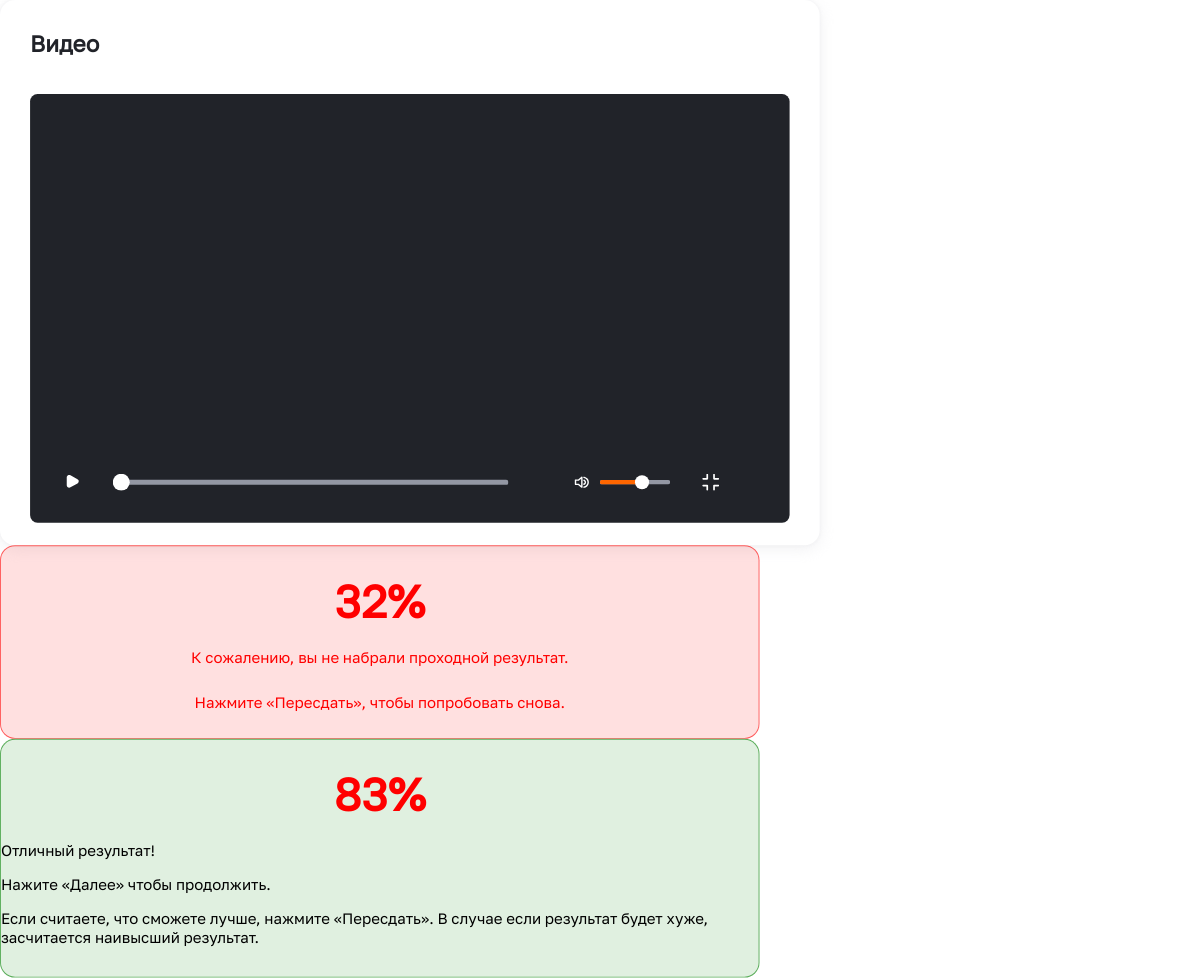
Repository: RuslanSR2424/Group5_LizaAlert
Page: index.html
The author's editor kept a copy of each file at every save. The page is drawn from the files as they stood at one save, then again after the next save.
The browser window is 1280 px wide. The pictures show the whole page, at 94% of full size.

Above is the page before, as saved 2022-03-09 17:17:21.

After the next save:
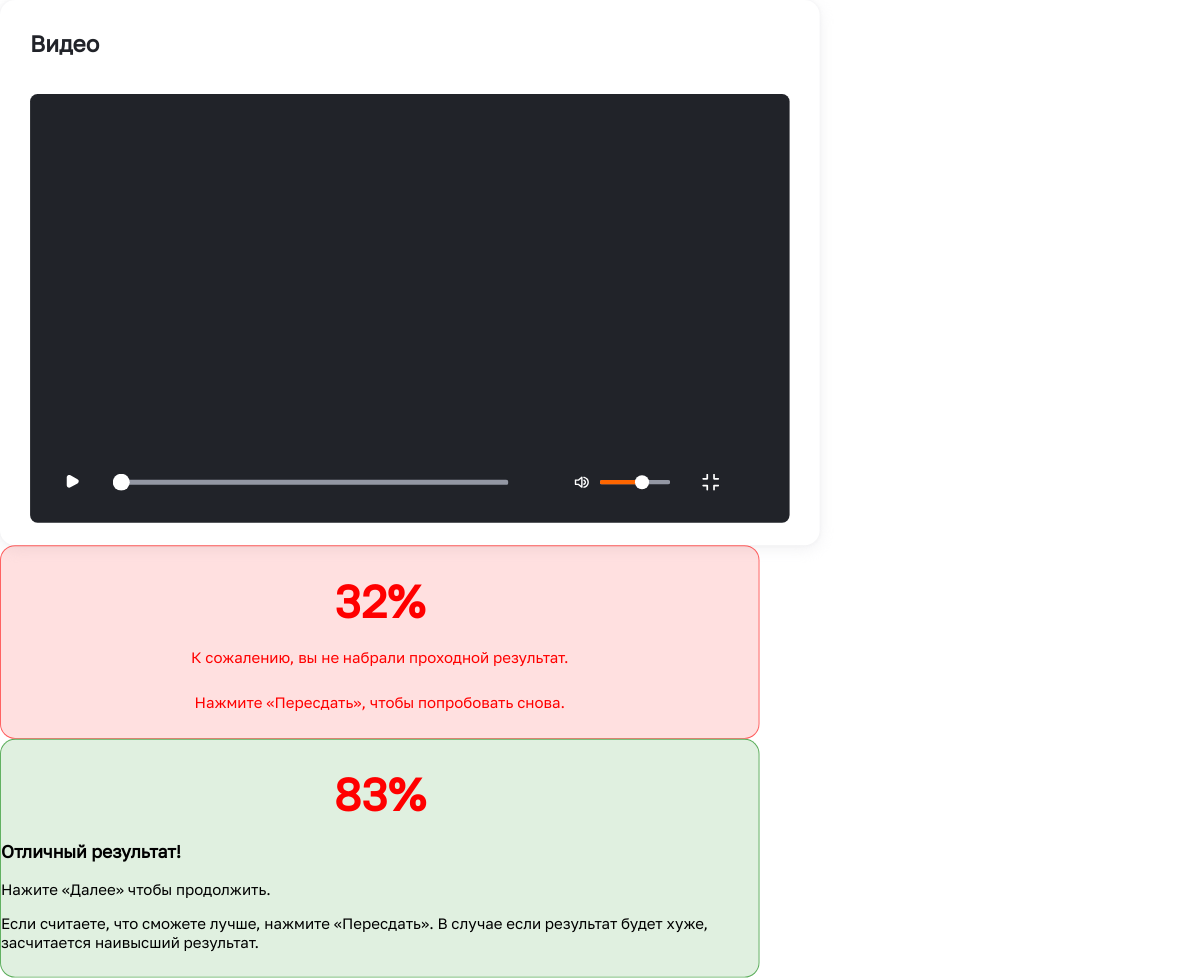
Saved 43 s later.
--- a/index.html
+++ b/index.html
@@ -31,7 +31,7 @@
         <div class="results__good">
             <h2 class="results__score">83%</h2>
             <div class="result__text">
-                <p class="result__text result__text_type_good">Отличный результат!</p>
+                <h3 class="result__text result__text_type_good">Отличный результат!</h3>
                 <p class="result__text result__text_type_good">Нажите «Далее» чтобы продолжить.</p>
                 <p class="result__text result__text_type_good">
                     Если считаете, что сможете лучше, нажмите «Пересдать». В случае

After the save that followed:
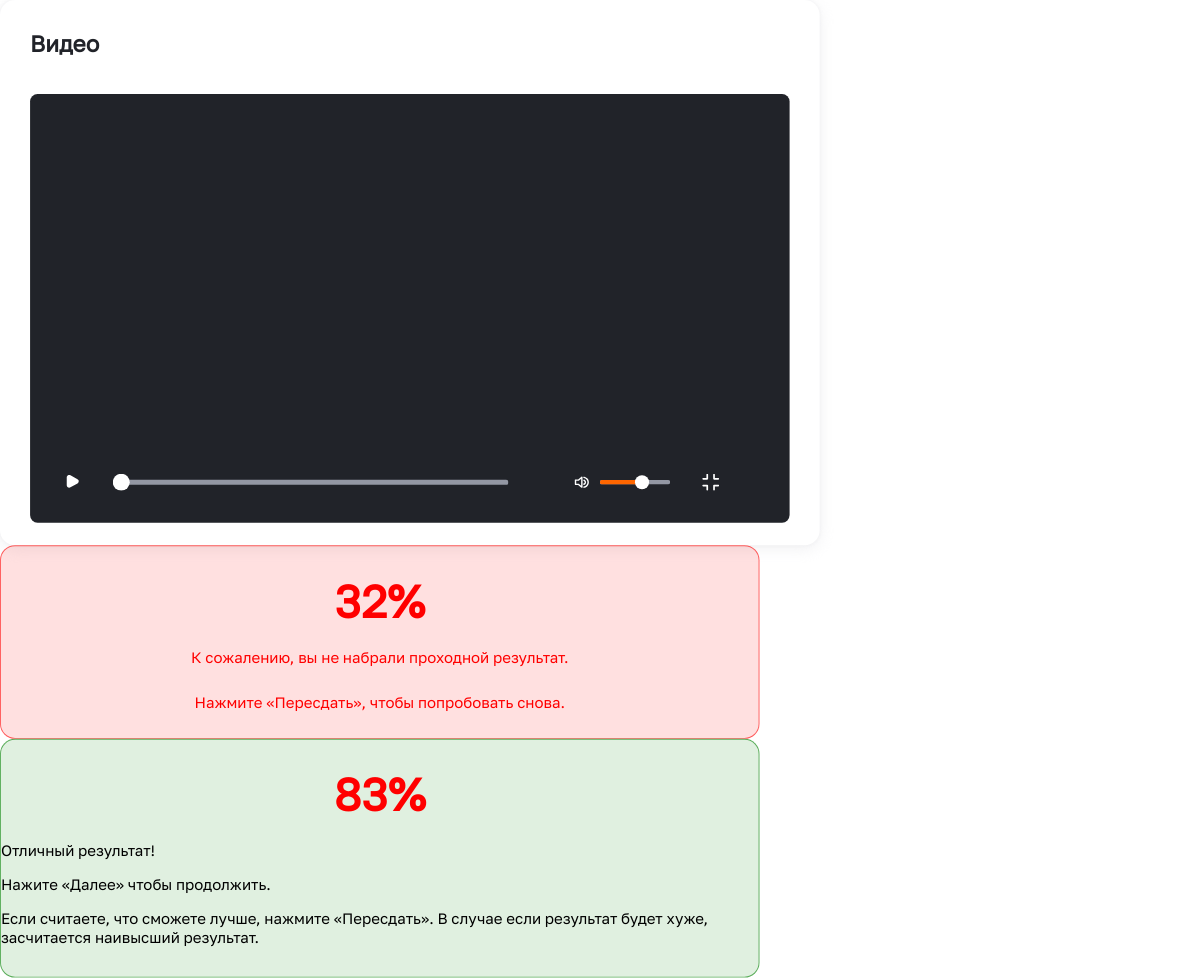
Saved 44 s later.
--- a/index.html
+++ b/index.html
@@ -31,7 +31,7 @@
         <div class="results__good">
             <h2 class="results__score">83%</h2>
             <div class="result__text">
-                <h3 class="result__text result__text_type_good">Отличный результат!</h3>
+                <p class="result__text result__text_type_good">Отличный результат!</p>
                 <p class="result__text result__text_type_good">Нажите «Далее» чтобы продолжить.</p>
                 <p class="result__text result__text_type_good">
                     Если считаете, что сможете лучше, нажмите «Пересдать». В случае
